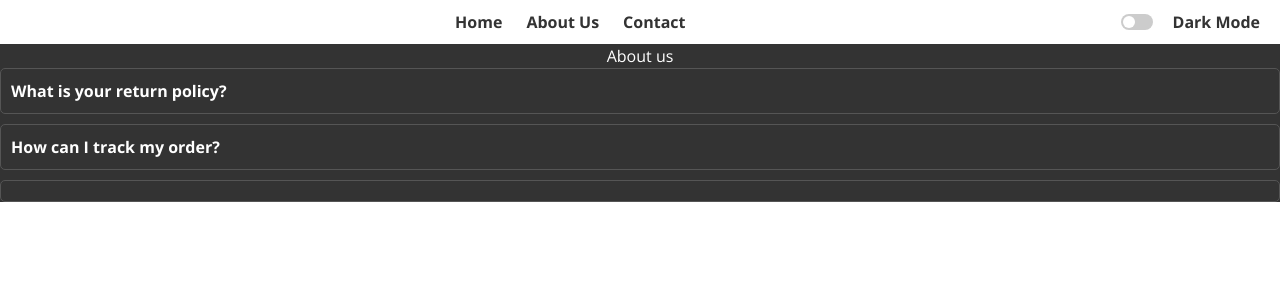
Repository: sriram1224/Text-converter
Page: /about
An editor plug-in stored every save of this project. The page is shown before and after the next save, followed by the edit.
The browser window is 1280 px wide. The pictures show the whole page.
The project was rebuilt for these pictures with package versions that can differ from the ones it lists, and the page was loaded fresh each time. Also part of the build but not shown: src/Home.css, src/Home.jsx.

Above is the page before, as saved 2024-03-27 15:54:22.

After the next save:
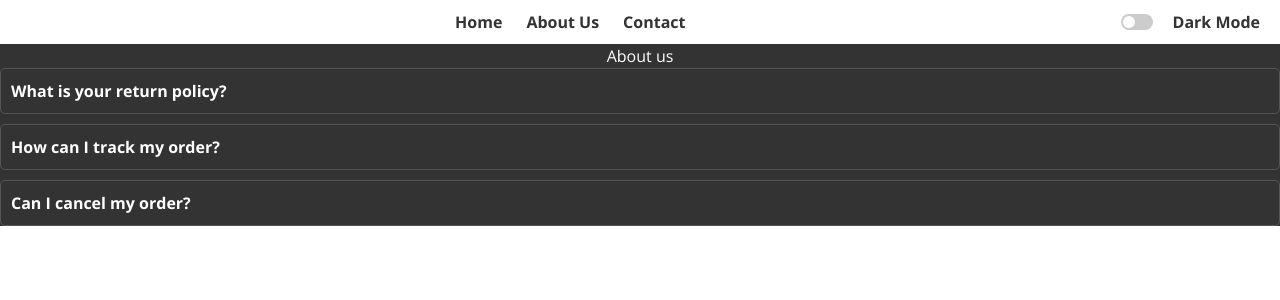
Saved 76 s later.
--- a/src/About.jsx
+++ b/src/About.jsx
@@ -33,7 +33,9 @@ function About({isDarkMode}) {
         isDarkMode={isDarkMode}
       />
       <FAQItem
-        que
+        question={"Can I cancel my order?"}
+        answer={"You can cancel your order within 24 hours of placing it."}
+        isDarkMode={isDarkMode}
       />
 
     </div>
